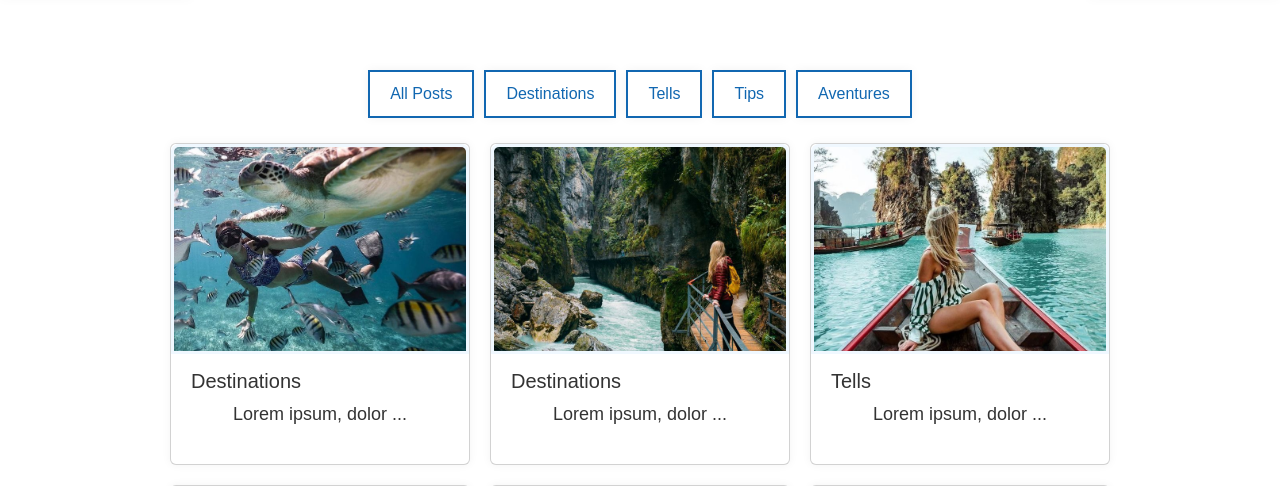
Repository: saraxhafa/TravelVisionBlog
Page: home.html
An editor plug-in stored every save of this project. The page is shown before and after the next save, followed by the edit.
The browser window is 1280 px wide. The pictures show the part of the page from y = 866 to 1352 px (the page is 2883 px tall).
Pictures or frames that could not be fetched are drawn as grey boxes.

Above is the page before, as saved 2024-05-30 18:57:30.

### home.html
<!DOCTYPE html>
<html lang="en">

<head>
  <meta charset="UTF-8">
  <meta name="viewport" content="width=device-width, initial-scale=1.0">
  <title>Travel Vision</title>
  <link rel="icon" type="image/x-icon" href="/images/favicon.ico">
  <link rel="stylesheet" href="css/home.css">
  <link rel="stylesheet" href="https://fontawesome.com/icons/facebook?f=brands&s=solid&pc=%2363E6BE">
  <link href="https://cdn.jsdelivr.net/npm/bootstrap@5.2.1/dist/css/bootstrap.min.css" rel="stylesheet"
    integrity="sha384-iYQeCzEYFbKjA/T2uDLTpkwGzCiq6soy8tYaI1GyVh/UjpbCx/TYkiZhlZB6+fzT" crossorigin="anonymous">
  <script defer src="https://cdn.jsdelivr.net/npm/bootstrap@5.2.1/dist/js/bootstrap.bundle.min.js"
    integrity="sha384-u1OknCvxWvY5kfmNBILK2hRnQC3Pr17a+RTT6rIHI7NnikvbZlHgTPOOmMi466C8"
    crossorigin="anonymous"></script>
</head>

<body>
  <div class="navbar">
    <div id="navbar-right">
      <a class="active" href="home.html">Home</a>
      <a href="about.html">About</a>
      <a href="destinations.html">Destinations</a>
      <a href="tells.html">Tells</a>
    </div>
    <div class="logo">
      <img src="images/logo.jpg" height="150" width="150" id="logo" alt="logo"></a>
    </div>
    <div id="navbar-left">
      <a href="tips.html">Tips for Trips</a>
      <a href="aventures.html">Aventures</a>
      <a href="contact.html">Contact Us</a>
    </div>
  </div>
  <!--Bootstrap Carousel-->

  <body>
    <div id="hero-carousel" class="carousel slide" data-bs-ride="carousel">
      <div class="carousel-indicators">
        <button type="button" data-bs-target="#hero-carousel" data-bs-slide-to="0" class="active" aria-current="true"
          aria-label="Slide 1"></button>
        <button type="button" data-bs-target="#hero-carousel" data-bs-slide-to="1" aria-label="Slide 2"></button>
        <button type="button" data-bs-target="#hero-carousel" data-bs-slide-to="2" aria-label="Slide 3"></button>
        <button type="button" data-bs-target="#hero-carousel" data-bs-slide-to="3" aria-label="Slide 4"></button>
        <button type="button" data-bs-target="#hero-carousel" data-bs-slide-to="4" aria-label="Slide 5"></button>
      </div>

      <div class="carousel-inner">
        <div class="carousel-item active c-item">
          <img src="images/wallpaper.jpeg" class="d-block w-100 c-img" alt="Slide 1">
          <div class="carousel-caption top-0 mt-4">
            <p class="mt-5 fs-3 text-uppercase">Discover the hidden world</p>
            <h1 class="display-1 fw-bolder text-capitalize">The Aurora Tours</h1>
            <button class="btn btn-primary px-4 py-2 fs-5 mt-5">Book a tour</button>
          </div>
        </div>
        <div class="carousel-item c-item">
          <img src="images/photo-wellcome.jpg" class="d-block w-100 c-img" alt="Slide 2">
          <div class="carousel-caption top-0 mt-4">
            <p class="text-uppercase fs-3 mt-5">The season has arrived</p>
            <p class="display-1 fw-bolder text-capitalize">3 available tours</p>
            <button class="btn btn-primary px-4 py-2 fs-5 mt-5" data-bs-toggle="modal"
              data-bs-target="#booking-modal">Book a tour</button>
          </div>
        </div>
        <div class="carousel-item c-item">
          <img src="images/photo 8.jpg" class="d-block w-100 c-img" alt="Slide 3">
          <div class="carousel-caption top-0 mt-4">
            <p class="text-uppercase fs-3 mt-5">Destination activities</p>
            <p class="display-1 fw-bolder text-capitalize">Go glacier hiking</p>
            <button class="btn btn-primary px-4 py-2 fs-5 mt-5" data-bs-toggle="modal"
              data-bs-target="#booking-modal">Book a tour</button>
          </div>
        </div>
        <div class="carousel-item c-item">
          <img src="images/wellcome.jpg" class="d-block w-100 c-img" alt="Slide 3">
          <div class="carousel-caption top-0 mt-4">
            <p class="text-uppercase fs-3 mt-5">Destination activities</p>
            <p class="display-1 fw-bolder text-capitalize">Sara</p>
            <button class="btn btn-primary px-4 py-2 fs-5 mt-5" data-bs-toggle="modal"
              data-bs-target="#booking-modal">Book a tour</button>
          </div>
        </div>
        <div class="carousel-item c-item">
          <img src="images/photo 9.jpg" class="d-block w-100 c-img" alt="Slide 3">
          <div class="carousel-caption top-0 mt-4">
            <p class="text-uppercase fs-3 mt-5">Destination activities</p>
            <p class="display-1 fw-bolder text-capitalize">Sara</p>
            <button class="btn btn-primary px-4 py-2 fs-5 mt-5" data-bs-toggle="modal"
              data-bs-target="#booking-modal">Book a tour</button>
          </div>
        </div>
      </div>
      <button class="carousel-control-prev" type="button" data-bs-target="#hero-carousel" data-bs-slide="prev">
        <span class="carousel-control-prev-icon" aria-hidden="true"></span>
        <span class="visually-hidden">Previous</span>
      </button>
      <button class="carousel-control-next" type="button" data-bs-target="#hero-carousel" data-bs-slide="next">
        <span class="carousel-control-next-icon" aria-hidden="true"></span>
        <span class="visually-hidden">Next</span>
      </button>
    </div>
    <div class="container">
      <div class="filter_buttons">
        <!--Filter Buttons-->
        <button class="activeF" data-name="all">All Posts</button>
        <button data-name="destinations">Destinations</button>
        <button data-name="tells">Tells</button>
        <button data-name="Tips">Tips</button>
        <button data-name="aventures">Aventures</button>
      </div>
      <!--Images Cards-->
      <div class="filterable_cards">
        <div class="card" data-name="destinations">
          <img src="images/photo 11.jpg" alt="destinations">
          <div class="card_body">
            <h6 class="card_title">Destinations</h6>
            <p class="card_text">Lorem ipsum, dolor ...</p>
          </div>
        </div>
        <div class="card" data-name="destinations">
          <img src="images/photo 9.jpg" alt="destinations">
          <div class="card_body">
            <h6 class="card_title">Destinations</h6>
            <p class="card_text">Lorem ipsum, dolor ...</p>
          </div>
        </div>
        <div class="card" data-name="tells">
          <img src="images/photo 12.jpg" alt="tells">
          <div class="card_body">
            <h6 class="card_title">Tells</h6>
            <p class="card_text">Lorem ipsum, dolor ...</p>
          </div>
        </div>
        <div class="card" data-name="tells">
          <img src="images/photo 11.jpg" alt="tells">
          <div class="card_body">
            <h6 class="card_title">Tells</h6>
            <p class="card_text">Lorem ipsum, dolor ...</p>
          </div>
        </div>
        <div class="card" data-name="tips">
          <img src="images/photo 5.jpg" alt="tips">
          <div class="card_body">
            <h6 class="card_title">Tips for Trips</h6>
            <p class="card_text">Lorem ipsum, dolor ...</p>
          </div>
        </div>
        <div class="card" data-name="tips">
          <img src="images/photo 3.jpg" alt="tips">
          <div class="card_body">
            <h6 class="card_title">Tips for Trips</h6>
            <p class="card_text">Lorem ipsum, dolor ...</p>
          </div>
        </div>
        <div class="card" data-name="aventures">
          <img src="images/photo 4.jpg" alt="aventures">
          <div class="card_body">
            <h6 class="card_title">Aventures</h6>
            <p class="card_text">Lorem ipsum, dolor ...</p>
          </div>
        </div>
        <div class="card" data-name="aventures">
          <img src="images/photo 3.jpg" alt="aventures">
          <div class="card_body">
            <h6 class="card_title">Destinations</h6>
            <p class="card_text">Lorem ipsum, dolor ...</p>
          </div>
        </div>
      </div>
    </div>



    <!--Footer-->
    <div class="footer">
      <br>
      <footer>
        <h4> Travel Vision </h4>
        <h1 class="display-6">We can trip together !</h1>
        <br>
        <h5> Please write here your email to notificate for more detail ...</h5>
          <form>
            <input type="email" id="email" name="email" value="Your Email"> <button type="button"
              class="btn btn-success" value="subscribe">Subscribe</button>
            <br>
            <div class="nav">
              <div class="container text-center">
                <div class="row">
                  <div class="col">
                    <a href="home.html">Home</a>
                  </div>
                  <div class="col">
                    <a href="about.html">About</a>
                    <p>Who are I?</p>
                    <p>What is this page for ?</p>
                    <p>Who is it ?</p>
                  </div>
                  <div class="col">
                    <a href="destinations.html">Destinations</a>
                    <p>Europe</p>
                    <p>Asia</p>
                    <p>Africa</p>
                    <p>Australia</p>
                    <p>America</p>
                    <p>Antarctida</p>
                    <p>Australia</p>
                    <p>Season Travel</p>
                  </div>
                  <div class="col">
                    <a href="tips.html">Tips for Trips</a>
                    <p>Recomandation</p>
                    <p>Sugerations</p>
                    <p>Accomandation</p>
                    <p>Emergency Calls</p>
                  </div>
                  <div class="col">
                    <a href="aventures.html">Aventures</a>
                    <p>Event</p>
                    <p>News</p>
                    <p>Fashion & Mode</p>
                  </div>
                  <div class="col">
                    <a href="contact.html">Contact Us</a>
                    <p>Contact Us</p>
                    <p>Work with Us</p>
                    <p>Become a Guest Author</p>
                    <p>Request a Blog Post</p>
                  </div>
                  <div class="col">
                    <a href="tells.html">Your Tells</a>
                    <p>Tell us Your Experience</p>
                  </div>
                </div>
              </div>
            </div>
            <br>
            <div class="privacy_social">
              <div class="privacy">
                <a href="">Disloure & Privacy Police</a>
              </div>
              <div class="social_bar">
                <i class="fa-brands fa-facebook"><a href="#"><img src="images/facebook.svg" width="20px"
                      height=20px"></a></i><i class="fa-brands fa-instagram"><a href="#"><img src="images/instagram.svg"
                      width="20px" height="20px"></a></i><i class="fa-brands fa-pinterest"><a href="#"><img
                      src="images/pinterest.svg" width="20px" height="20px"></a></i><i class="fa-brands fa-youtube"><a
                    href="#"><img src="images/youtube.svg" width="20px" height="20px"></a></i><i
                  class="fa-brands fa-twitter"><a href="#"><img src="images/twitter.svg" width="20px"
                      height="20px"></a></i>
              </div>
            </div>
            <br>
            <div class="copyright">
              <h6>Copyright &copy; 2024 Travel Vision | Sara Xhafa</h6>
            </div>
      </footer>
    </div>
    <script src="javascript/home.js" defer></script>
  </body>

</html>

### css/home.css
* {
  margin:0;
  padding: 0;
  box-sizing: border-box;
  font-family: Arial, Helvetica, sans-serif;
}

body {
  min-height: 100vh;
  background-color: #fff;


}

.navbar {
  overflow: hidden;
  background-color:#64a3da ;
  position: fixed;
  width: 100%;
  top: 0;
  z-index: 99;
  display: flex;
  align-items: center;
  flex-wrap: wrap;
  transition: 0.4s;
  flex-direction: row;
  justify-content: center;
}

.navbar a {
  float: left;
  color: white;
  text-align: center;
  padding: 25px ;
  text-decoration: none;
  font-size: 18px;
  line-height: 25px;
  border-radius: 4px;
  font-style: bold;
  justify-content: center;

}


.navbar a:hover {
  background-color: #1167B1;
  color: #fff;
}

.navbar a.active {
  background-color: #1167B1;
  color: white;
}

.navbar-left {
  float: left;
}
.navbar-right {
  float: right;
}

.navbar>.logo {
  display: flex;
  align-items: center;
  flex-direction: column;
  transition: 0.4s;
}
.logo img {
  border-radius: 100%;

}

.c-item {
    height: 700px;
  }

  .c-img {
    height: 100%;
    object-fit: cover;
    filter: brightness(0.6);
  }

/* On smaller screens, decrease text size */
@media only screen and (max-width: 300px) {
  .prev, .next,.text {font-size: 11px}
}

footer{
    background-color:#a1eca1 ;
  }

  .display-2 {
    padding-left:150px;
  }

  .nav{
    padding-right:60px;
  }

  .copyright{
    background-color: #7aec7a;
    text-align: center;
    padding: 10px 20px;
  }

  p {
    text-align: center;
    font-size:13px;
  }

  h4  {
    padding-left:30px;
    padding-top: 10px;
  }

  h5 {
    padding-left: 30px;
  }

  .display-6 {
    padding-left: 30px;
  }

  form {
     padding-left: 30px;
     padding-top:10px;
  }

  .privacy_social{
    display: flex;
    flex-direction: row;
    justify-content: flex-end;
    align-items: center;
    padding-left:500px;
  }

  .fa:hover {
      opacity: 0.7;
  }


  .privacy {
    padding-right:10px;
  }

  .social_bar{
    padding-right:20px;
  }

  .social_bar>.fa{
    padding: 20px;
    font-size: 30px;
    width: 50px;
    text-align: center;
    text-decoration: none;
    margin: 5px 2px;
  }

  img svg {
    vertical-align: middle;
    display: flex;
  }

.container {
position: relative;
max-width: 1350px;
width: 100%;
margin: 50px auto;
padding:20px;
}

button {
  padding: 10px 20px;
  font-size: 18px;
  background-color:#fff;
  border:solid 2px;
  border-radius: 20px;
  box-shadow: 0 0 10px rgba(0, 0, 0, 0.05);
  cursor: pointer;
  color:#1167B1;
}

.filter_buttons{
  display: flex;
  align-items: center;
  gap: 10px;
  justify-content: center;

}

button.active {
  background-color: #1167B1;
  color:#fff;
}

button:hover {
  background-color: #1167B1;
  color:#fff;
}

.filterable_cards{
  margin-top: 25px;
  display: flex;
  flex-grow: 1;
  gap:20px;
  flex-wrap: wrap;
  justify-content: center;
}

.card{
  flex-basis: 300px;
  box-shadow: 0 0 10px rgba(0, 0, 0, 0.05);
}

.card img {
  width:100%;
  background-color: aliceblue;
  padding: 3px;
  border-radius: 8px 8px 0 0;
  height: 210px;
  object-fit:cover ;
}

.card_body {
padding: 15px 20px 20px;
}

.card_title {
  font-size: 20px;
  font-weight: 500;
  color:#333;
}

.card_text {
  font-size: 18px;
  color: #333;
}


.col>a {
  text-decoration: none;
}

.privacy>a{
  text-decoration: none;
}

### javascript/home.js
// for Carousel
/*
 slideIndex = 1;
showSlides(slideIndex);

function plusSlides(n) {
  showSlides(slideIndex += n);
}

function currentSlide(n) {
  showSlides(slideIndex = n);
}

function showSlides(n) {
  let i;
  let slides = document.getElementsByClassName("mySlides");
  let dots = document.getElementsByClassName("dot");
  if (n > slides.length) {slideIndex = 1}
  if (n < 1) {slideIndex = slides.length}
  for (i = 0; i < slides.length; i++) {
    slides[i].style.display = "none";
  }
  for (i = 0; i < dots.length; i++) {
    dots[i].className = dots[i].className.replace(" active", "");
  }
  slides[slideIndex-1].style.display = "block";
  dots[slideIndex-1].className += " active";
}
*/
//Select all filter buttons and filterable cards
// emrin e class e kishe vendosur gabim
const filterButtons = document.querySelectorAll(".filter_buttons button");
// Duhet ta kishe vendosur dhe fjallen All
const filterableCards = document.querySelectorAll(".filterable_cards .card");
console.log(filterableCards, filterButtons);

console.log(document.querySelector(".activeF"))
//Define the filter cards function
const filterable_cards = e=> {
  document.querySelector(".activeF").classList.remove("activeF");
e.target.classList.add("activeF")
  console.log(e.target);
}

// Add click event listener to each filter button
// duhet te kishe vendosur emrin e funksionit qe ke krijuar me lart
filterButtons.forEach(button =>button.addEventListener("click", filterable_cards));

//...
// Kete duhet te shkruaje
// const filterCards = (e) => {
//   document.querySelector("#filter-buttons .active").classList.remove("active");
//   e.target.classList.add("active");

//   filterableCards.forEach(card => {
//       // show the card if it matches the clicked filter or show all cards if "all" filter is clicked
//       if(card.dataset.name === e.target.dataset.filter || e.target.dataset.filter === "all") {
//           return card.classList.replace("hide", "show");
//       }
//       card.classList.add("hide");
//   });
// }

// filterButtons.forEach(button => button.addEventListener("click", filterCards));

After the next save:
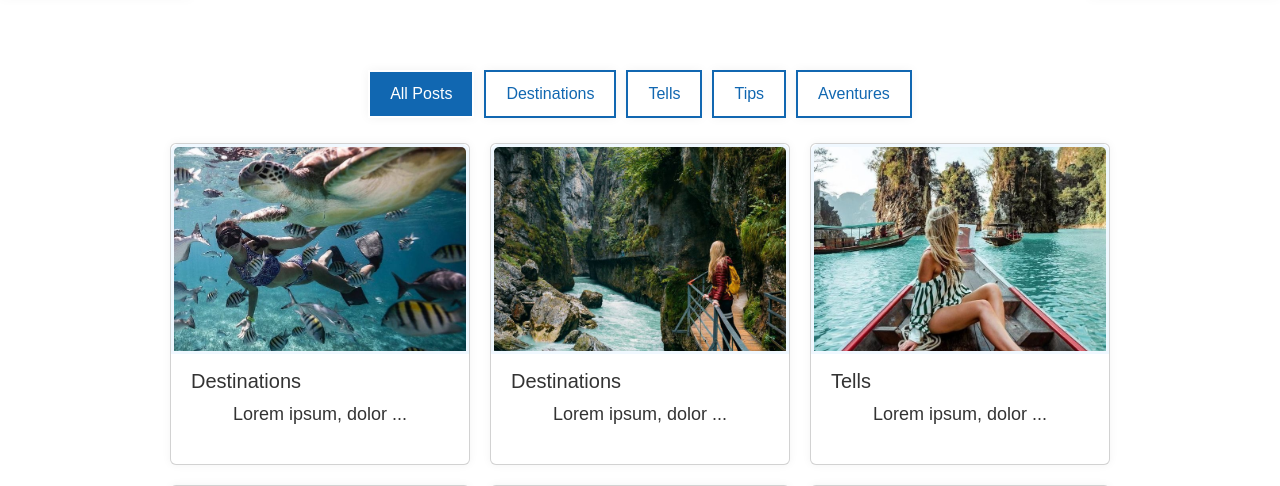
Saved 92 s later.
--- a/css/home.css
+++ b/css/home.css
@@ -188,7 +188,7 @@ button {
 
 }
 
-button.active {
+button.activeF {
   background-color: #1167B1;
   color:#fff;
 }
